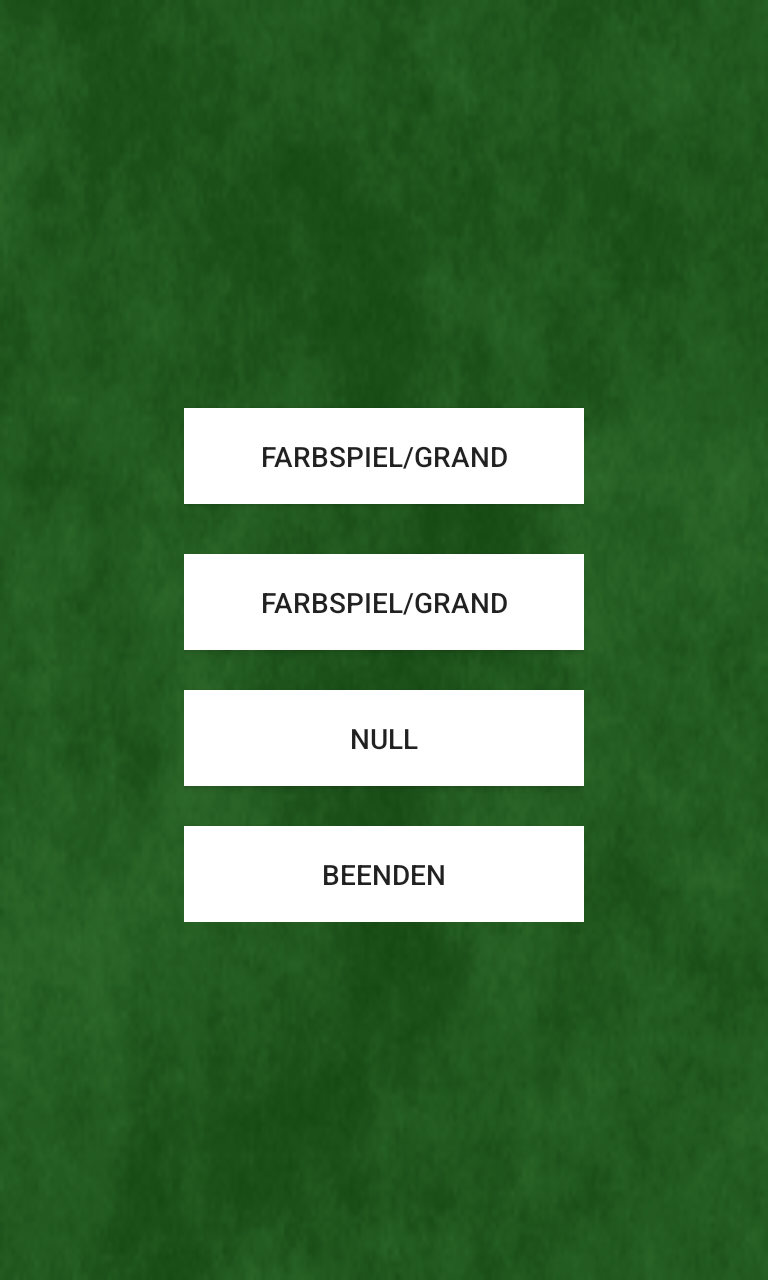
Repository: razinanu/InSy-Skat
Layout: InSy-Skat/res/layout/fragment_main.xml
These files come from the project's save history. The layout is drawn as it stood at one moment and after the next save; the edit follows.
It is drawn on a 768 x 1280 px phone screen (xhdpi) without system bars, with theme AppThemeWithoutActionBarTitle; the app's code is not run.

Above is the layout before, as saved 2014-06-21 18:06:00.

### InSy-Skat/res/layout/fragment_main.xml
<FrameLayout xmlns:android="http://schemas.android.com/apk/res/android"
    xmlns:tools="http://schemas.android.com/tools"
    android:layout_width="match_parent"
    android:layout_height="match_parent"
    android:paddingBottom="@dimen/activity_vertical_margin"
    android:paddingLeft="@dimen/activity_horizontal_margin"
    android:paddingRight="@dimen/activity_horizontal_margin"
    android:paddingTop="@dimen/activity_vertical_margin"
    tools:context="com.example.insy_skat.MainActivity$PlaceholderFragment"
     android:background="@drawable/hintergrundapp"

     >

     <LinearLayout
        android:layout_width="200dp"
        android:layout_height="wrap_content"

        android:orientation="vertical"
        android:layout_gravity="center" >

        <Button
            android:id="@+id/farbGrandGameButton"
            android:layout_width="match_parent"
            android:layout_height="wrap_content"
            android:layout_marginTop="25dp"
             android:gravity="center"
            android:text="@string/farbspielGrand"
            android:onClick="selectSoldiersActivity"
            android:background="#ffffff" />

        <Button
            android:id="@+id/farbGrandGameButton"
            android:layout_width="match_parent"
            android:layout_height="wrap_content"
            android:layout_marginTop="25dp"
             android:gravity="center"
            android:text="@string/farbspielGrand"
            android:onClick="selectSoldiersActivity"
            android:background="#ffffff" />

        <Button
            android:id="@+id/nullGameButton"
            android:layout_width="match_parent"
            android:layout_height="wrap_content"
            android:layout_marginTop="20dp"
            android:gravity="center"
            android:text="@string/nullString"
            android:background="#ffffff"/>

        <Button
            android:id="@+id/exiteButton"
            android:layout_width="match_parent"
            android:layout_height="wrap_content"
            android:layout_marginTop="20dp"
             android:gravity="center"
            android:text="@string/abbrechen"
            android:background="#ffffff"/>



    </LinearLayout>

</FrameLayout>

### InSy-Skat/res/values/strings.xml
<?xml version="1.0" encoding="utf-8"?>
<resources>

    <string name="app_name">Reizassistent</string>
    <string name="action_settings">Settings</string>
    <string name="zurueck">Zurück</string>
    <string name="weiter">Weiter</string>
    <string name="menue">Menü</string>
    <string name="abbrechen">Beenden</string>
    <string name="farbspielGrand">Farbspiel/Grand</string>
    <string name="nullString">Null</string>
    <string name="grand">Grand</string>
    <string name="reizassistent">Reizassistent</string>
    <string name="bubenAuswaehlen">Buben Auswählen</string>
    <string name="farbenAuswahl">Farben Auswählen</string>
    <string name="reizenTabelle">Reiztabelle</string>
    <string name="title_activity_selected_soldiers">SelectedSoldiers</string>
    <string name="title_activity_farben_auswahl">FarbenAuswahl</string>
    <string name="title_activity_result">ResultActivity</string>
    <string name="info_title">Zusätzliche Informationen</string>
    <string name="home_title">Hauptmenü</string>
    <string name="title_activity_null_sp">NullSPActivity</string>
    <string name="hello_world">Hello world!</string>

</resources>

Loaded but not shown: InSy-Skat/res/values-v11/styles.xml (common file); InSy-Skat/res/values/styles.xml (common file); InSy-Skat/res/values-v14/styles.xml (common file); InSy-Skat/res/values/dimens.xml (common file); InSy-Skat/res/values-w820dp/dimens.xml (common file)

After the next save:
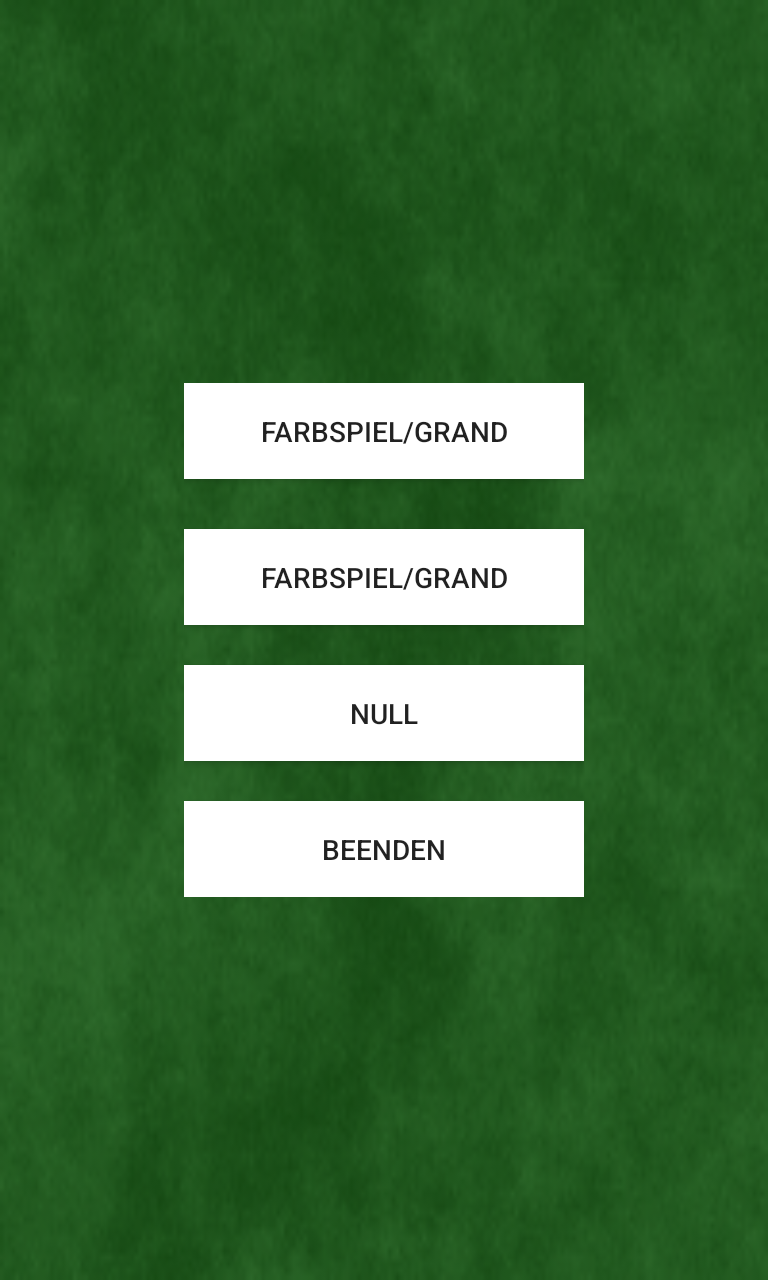
Saved 31 s later.
--- a/InSy-Skat/res/layout/fragment_main.xml
+++ b/InSy-Skat/res/layout/fragment_main.xml
@@ -14,7 +14,6 @@
      <LinearLayout
         android:layout_width="200dp"
         android:layout_height="wrap_content"
-
         android:orientation="vertical"
         android:layout_gravity="center" >
 
@@ -22,8 +21,7 @@
             android:id="@+id/farbGrandGameButton"
             android:layout_width="match_parent"
             android:layout_height="wrap_content"
-            android:layout_marginTop="25dp"
-             android:gravity="center"
+            android:gravity="center"
             android:text="@string/farbspielGrand"
             android:onClick="selectSoldiersActivity"
             android:background="#ffffff" />
